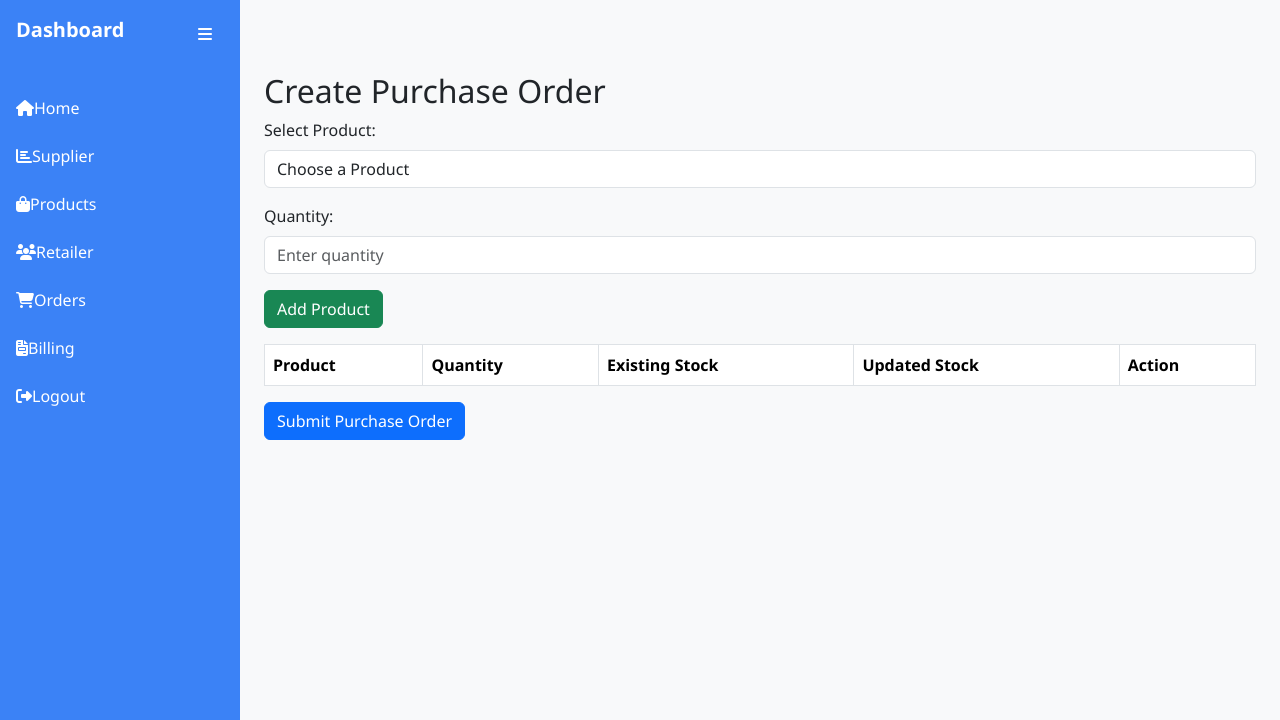
Repository: AditiAjitSalvi/Inventory_Managment
Page: http://localhost/Paper_inventory/Purchase_order.jsp
These files come from the project's save history. The page is drawn as it stood at one moment and after the next save; the edit follows.
The browser window is 1280 px wide. The pictures show the whole page.
The page is served by Tomcat 10. Queries for data that is not in the repository find no rows.

Above is the page before, as saved 2025-06-03 06:49:35.

After the next save:
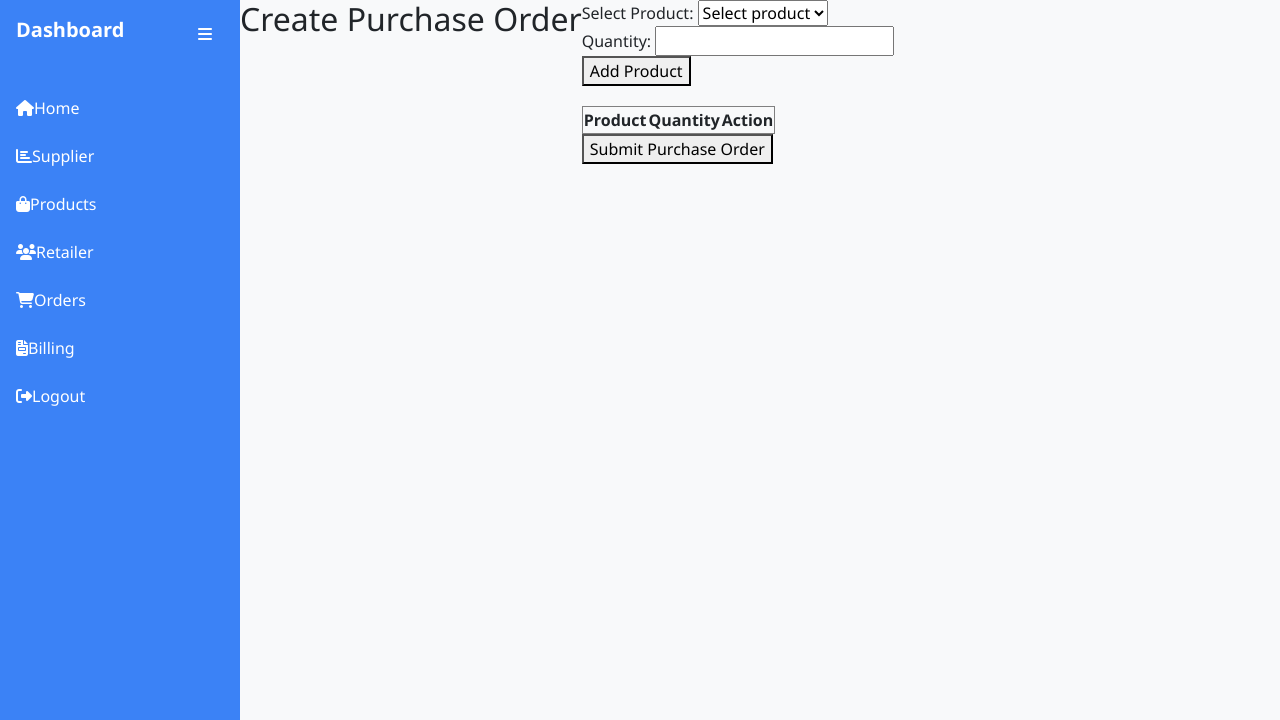
Saved 119 s later.
--- a/Paper_inventory/Paper_inventory/src/main/webapp/Purchase_order.jsp
+++ b/Paper_inventory/Paper_inventory/src/main/webapp/Purchase_order.jsp
@@ -7,15 +7,14 @@
 <%@page import="java.sql.Statement"%>
 <%@page import="java.sql.Connection"%>
 
-
 <!DOCTYPE html>
 <html lang="en">
 <head>
-  <meta charset="UTF-8" />
-  <meta name="viewport" content="width=device-width, initial-scale=1" />
+  <meta charset="UTF-8">
+  <meta name="viewport" content="width=device-width, initial-scale=1.0">
   <title>Create Purchase Order</title>
-  <link href="https://cdn.jsdelivr.net/npm/bootstrap@5.3.2/dist/css/bootstrap.min.css" rel="stylesheet" />
-  <link rel="stylesheet" href="https://cdnjs.cloudflare.com/ajax/libs/font-awesome/6.4.2/css/all.min.css" />
+  <link href="https://cdn.jsdelivr.net/npm/bootstrap@5.3.2/dist/css/bootstrap.min.css" rel="stylesheet">
+  <link rel="stylesheet" href="https://cdnjs.cloudflare.com/ajax/libs/font-awesome/6.4.2/css/all.min.css">
   <style>
     body {
       margin: 0;
@@ -92,117 +91,87 @@
       </div>
     </div>
 
-    <div class="main-content container mt-5">
-      <h2>Create Purchase Order</h2>
-      <form action="SavePurchase.jsp" method="post" id="purchaseForm">
-        <div class="mb-3">
-          <label for="product" class="form-label">Select Product:</label>
-          <select class="form-control" id="product" name="product">
-            <option value="" disabled selected>Choose a Product</option>
-            <%
-              try {
-                Class.forName("com.mysql.cj.jdbc.Driver");
-                Connection con = DriverManager.getConnection("jdbc:mysql://localhost:3307/inventory", "root", "");
-                Statement stmt = con.createStatement();
-                // Adjust 'stock' column name as per your DB schema
-                ResultSet rs = stmt.executeQuery("SELECT product_id, product_name, stock FROM products");
-                while(rs.next()){
-            %>
-            <option value="<%= rs.getInt("product_id") %>"
-                    data-name="<%= rs.getString("product_name") %>"
-                    data-stock="<%= rs.getInt("stock") %>">
-              <%= rs.getString("product_name") %>
-            </option>
-            <%
-                }
-                con.close();
-              } catch(Exception e) {
-                out.println("Error loading products: " + e.getMessage());
-              }
-            %>
-          </select>
-        </div>
+    <h2>Create Purchase Order</h2>
+  <form action="SavePurchase.jsp" method="post" id="purchaseForm">
+    <div>
+      <label for="product">Select Product:</label>
+      <select id="product" name="product">
+        <option value="" disabled selected>Select product</option>
+        <%
+          try {
+            Class.forName("com.mysql.cj.jdbc.Driver");
+            Connection con = DriverManager.getConnection("jdbc:mysql://localhost:3307/inventory","root","");
+            Statement stmt = con.createStatement();
+            ResultSet rs = stmt.executeQuery("SELECT product_id, product_name FROM products");
+            while(rs.next()){
+        %>
+        <option value="<%=rs.getInt("product_id")%>" data-name="<%=rs.getString("product_name")%>"><%=rs.getString("product_name")%></option>
+        <%
+            }
+            con.close();
+          } catch(Exception e) { out.println(e); }
+        %>
+      </select>
+    </div>
 
-        <div class="mb-3">
-          <label for="quantity" class="form-label">Quantity:</label>
-          <input type="number" class="form-control" id="quantity" min="1" placeholder="Enter quantity" />
-        </div>
+    <div>
+      <label for="quantity">Quantity:</label>
+      <input type="number" id="quantity" min="1" />
+    </div>
 
-        <button type="button" class="btn btn-success mb-3" onclick="addProduct()">Add Product</button>
+    <button type="button" onclick="addProduct()">Add Product</button>
 
-        <!-- Table to show added products -->
-        <table class="table table-bordered" id="productTable">
-          <thead>
-            <tr>
-              <th>Product</th>
-              <th>Quantity</th>
-              <th>Existing Stock</th>
-              <th>Updated Stock</th>
-              <th>Action</th>
-            </tr>
-          </thead>
-          <tbody>
-          </tbody>
-        </table>
+    <table id="productTable" border="1" style="margin-top:20px;">
+      <thead>
+        <tr>
+          <th>Product</th><th>Quantity</th><th>Action</th>
+        </tr>
+      </thead>
+      <tbody></tbody>
+    </table>
 
-        <button type="submit" class="btn btn-primary">Submit Purchase Order</button>
-      </form>
-    </div>
-  </div>
+    <button type="submit">Submit Purchase Order</button>
+  </form>
 
-  <script src="https://cdn.jsdelivr.net/npm/bootstrap@5.3.2/dist/js/bootstrap.bundle.min.js"></script>
   <script>
     let purchaseProducts = [];
 
     function addProduct() {
-      const productSelect = document.getElementById('product');
-      const selectedOption = productSelect.options[productSelect.selectedIndex];
-      const quantityInput = document.getElementById('quantity');
-      const tableBody = document.getElementById('productTable').getElementsByTagName('tbody')[0];
+      const productSelect = document.getElementById("product");
+      const quantityInput = document.getElementById("quantity");
+      const tbody = document.getElementById("productTable").getElementsByTagName("tbody")[0];
 
       const productId = productSelect.value;
-      const productName = selectedOption.getAttribute('data-name') || selectedOption.text;
-      const existingStock = parseInt(selectedOption.getAttribute('data-stock')) || 0;
+      const productName = productSelect.options[productSelect.selectedIndex].getAttribute("data-name");
       const quantity = parseInt(quantityInput.value);
 
-      if (!productId) {
-        alert("Please select a product.");
-        return;
-      }
-      if (isNaN(quantity) || quantity <= 0) {
-        alert("Please enter a valid quantity.");
-        return;
-      }
-      if (purchaseProducts.some(p => p.productId === productId)) {
-        alert("Product already added. Remove it before adding again.");
-        return;
+      if(!productId) { alert("Select product"); return; }
+      if(!quantity || quantity <= 0) { alert("Enter quantity"); return; }
+      if(purchaseProducts.some(p => p.productId === productId)) {
+        alert("Product already added"); return;
       }
 
-      purchaseProducts.push({ productId, productName, quantity });
+      purchaseProducts.push({productId, productName, quantity});
 
-      const updatedStock = existingStock + quantity;
-
-      const newRow = tableBody.insertRow();
-      newRow.setAttribute("data-product-id", productId);
-
-      newRow.innerHTML = `
+      const row = tbody.insertRow();
+      row.setAttribute("data-product-id", productId);
+      row.innerHTML = `
         <td>${productName}<input type="hidden" name="productId[]" value="${productId}"></td>
         <td>${quantity}<input type="hidden" name="quantity[]" value="${quantity}"></td>
-        <td>${existingStock}</td>
-        <td>${existingStock} + ${quantity} = ${updatedStock}</td>
-        <td><button type="button" class="btn btn-danger btn-sm" onclick="removeProduct(this)">Remove</button></td>
+        <td><button type="button" onclick="removeProduct(this)">Remove</button></td>
       `;
 
       productSelect.selectedIndex = 0;
       quantityInput.value = "";
     }
 
-    function removeProduct(button) {
-      const row = button.closest("tr");
+    function removeProduct(btn) {
+      const row = btn.closest("tr");
       const productId = row.getAttribute("data-product-id");
       purchaseProducts = purchaseProducts.filter(p => p.productId !== productId);
       row.remove();
     }
   </script>
-</body>
+
+  </body>
 </html>
